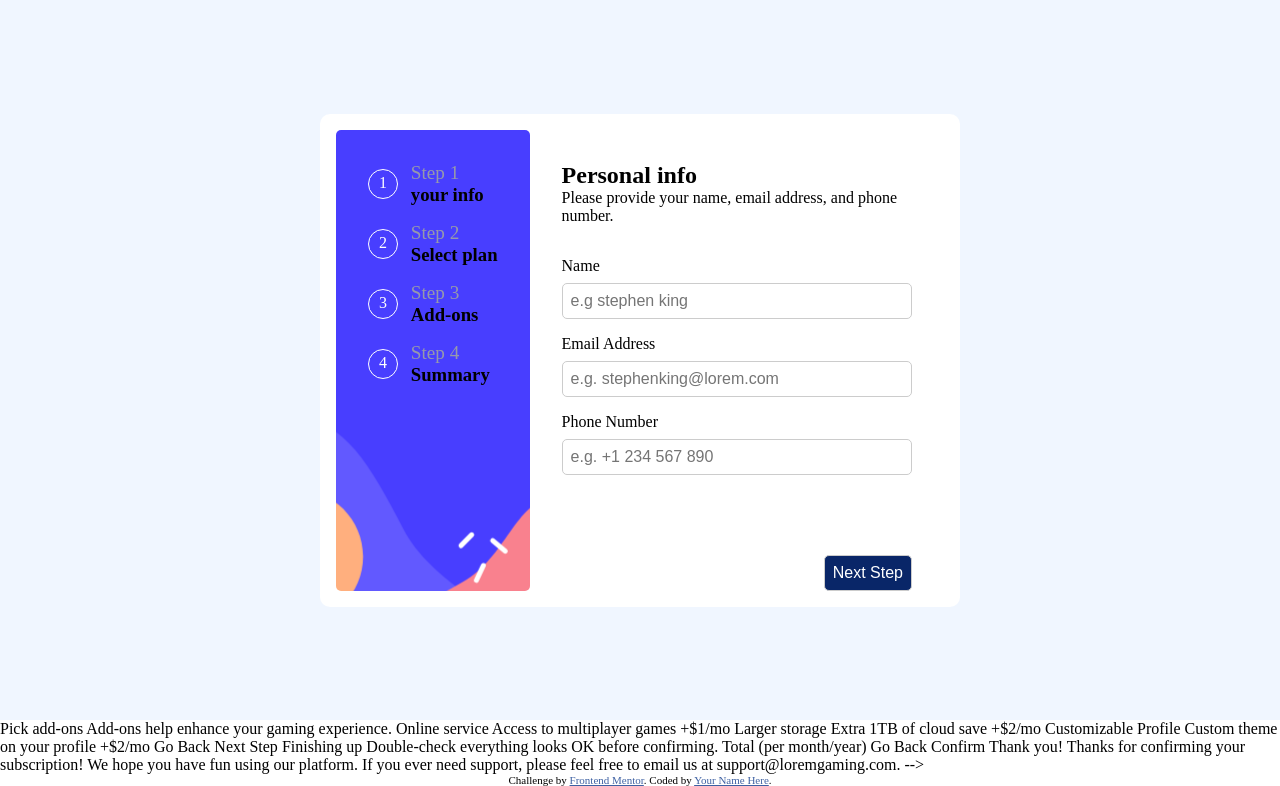
Repository: reemoon-ctrl/reemoon-ctrl.github.io
Page: index.html
An editor plug-in stored every save of this project. The page is shown before and after the next save, followed by the edit.
The browser window is 1280 px wide. The pictures show the whole page.

Above is the page before, as saved 2025-04-29 10:09:27.

After the next save:
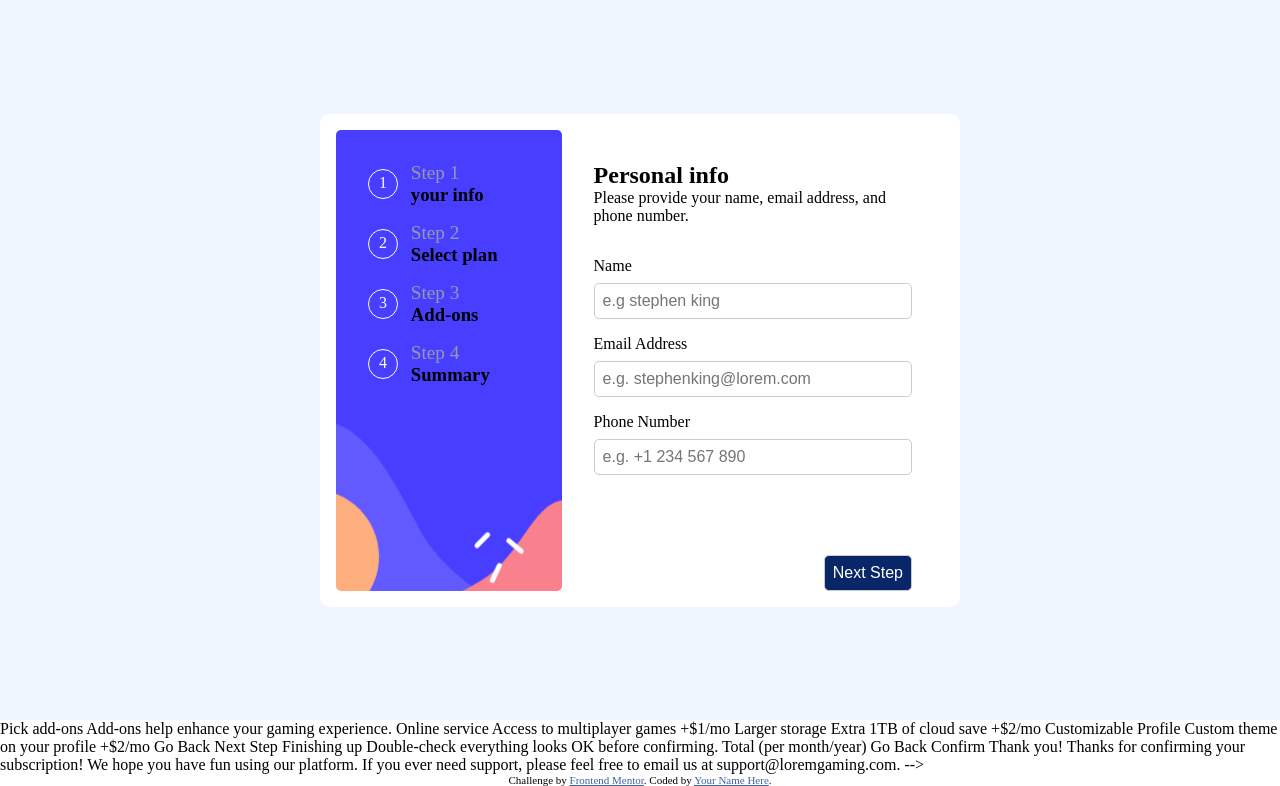
Saved 4 s later.
--- a/style.css
+++ b/style.css
@@ -35,7 +35,7 @@
     border-radius: 5px;
     height:100% ;
     padding: 2rem;
-    padding-right: ;
+    padding-right: 4rem;
     background:no-repeat url(./assets/images/bg-sidebar-desktop.svg) center ;
 }
 .sidebarList{
